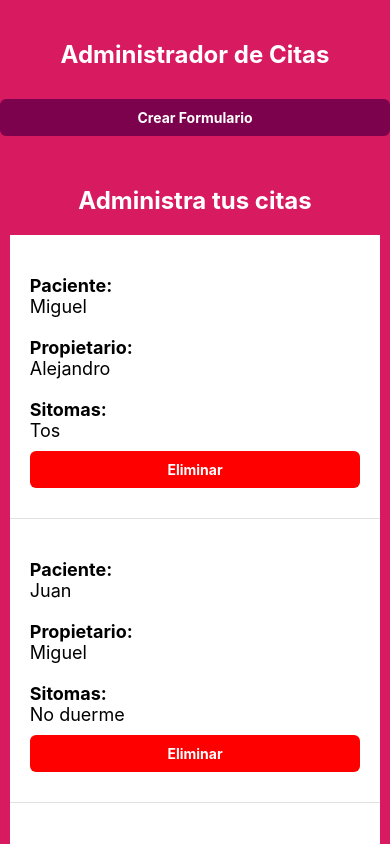
Repository: AleMicky/citas
Screen: /
An editor plug-in stored every save of this project. The screen is shown before and after the next save, followed by the edit.
An inner scrolling area shows only its first screen. The app was drawn by React Native's web renderer in a window 390 px wide. The project was rebuilt for these pictures with package versions that can differ from the ones it lists, and the page was loaded fresh each time. Also part of the build but not shown: src/components/Formulario.js.

Above is the screen before, as saved 2020-06-27 13:34:19.

After the next save:
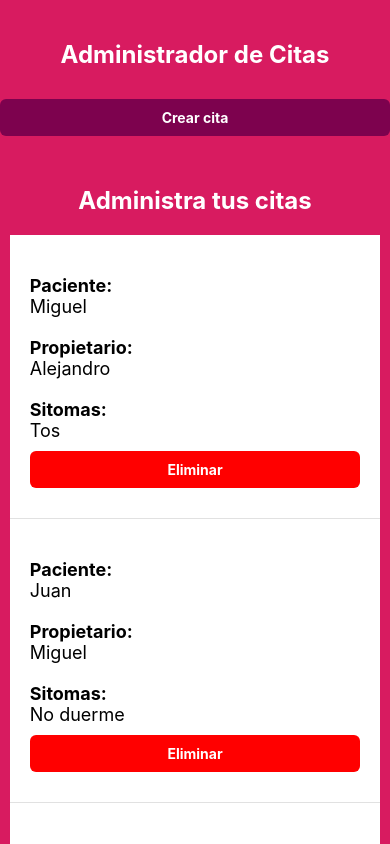
Saved 9 s later.
--- a/App.js
+++ b/App.js
@@ -30,7 +30,7 @@ export default function App() {
         <Text style={styles.titulo}>Administrador de Citas</Text>
         <View>
           <TouchableOpacity onPress={() => mostrarformulario()} style={styles.butonMostrar}>
-            <Text style={styles.textoMostrar}>{citas ? 'Crear Formulario' : 'Cancelar Formulario'}</Text>
+            <Text style={styles.textoMostrar}>{citas ? 'Crear cita' : 'Cancelar cita'}</Text>
           </TouchableOpacity>
         </View>
         <View style={styles.contenido}>
